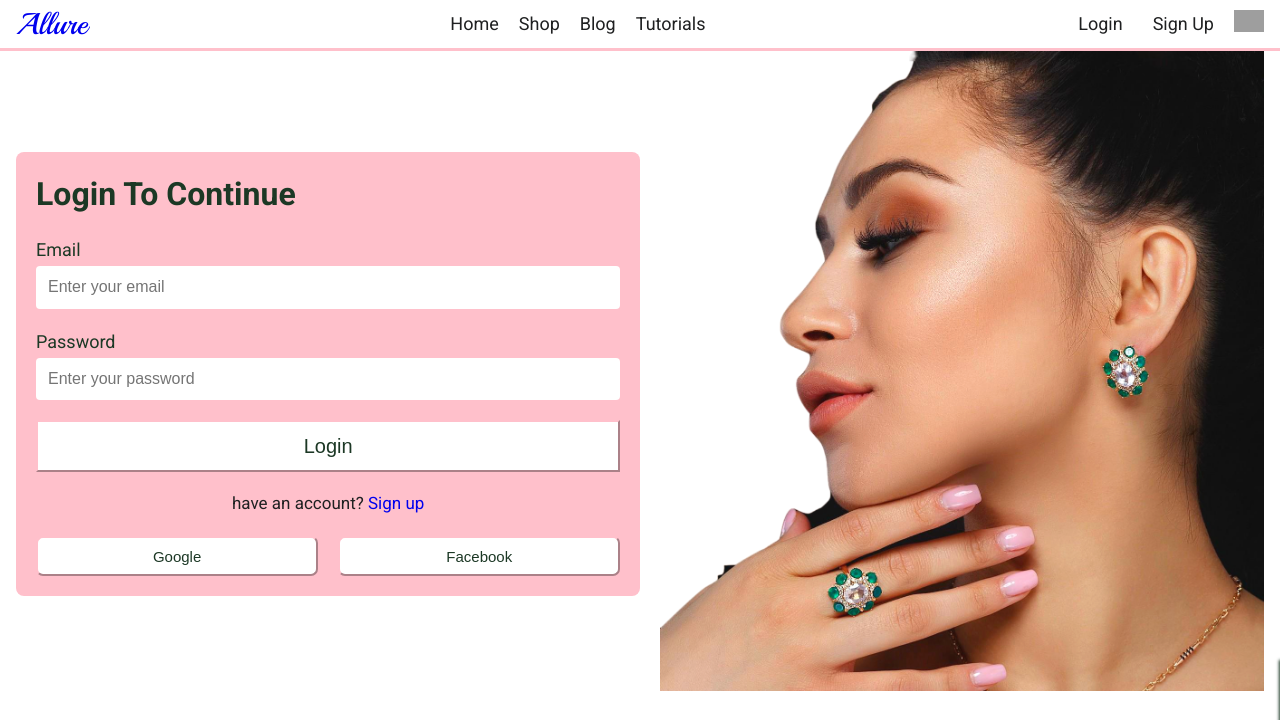
Repository: Benedict-Anthony/Allure-E-commerce-React-Js
Page: /login
An editor plug-in stored every save of this project. The page is shown before and after the next save, followed by the edit.
The browser window is 1280 px wide. The pictures show the whole page.
Pictures or frames that could not be fetched are drawn as grey boxes. The page's requests for data from a server got no answer. The project was rebuilt for these pictures with package versions that can differ from the ones it lists, and the page was loaded fresh each time. No one was signed in, and anything a server would have sent is missing. Also part of the build but not shown: src/App.css, src/css/card.css, src/shared/Card.tsx, src/scripts/landing.ts, src/css/landing.css, src/components/Landing.tsx, src/css/courses.css, src/shared/Course.tsx and 23 more.

Above is the page before, as saved 2023-02-04 05:16:10.

After the next save:
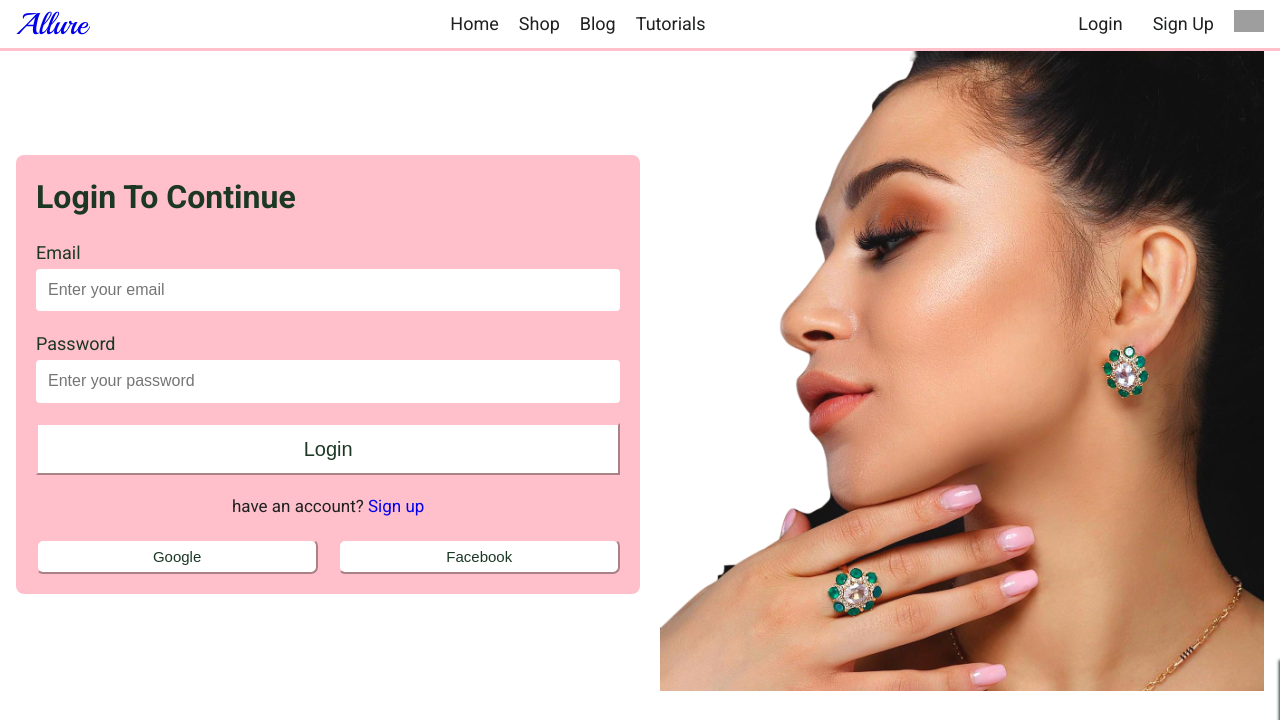
Saved 20 s later.
--- a/src/css/login.css
+++ b/src/css/login.css
@@ -68,7 +68,7 @@
 
 
 .login .form .social button {
-    height: 40px;
+    /* height: 40px; */
     padding: 5px 10px;
     font-weight: 300;
     font-size: 15px;

After the save that followed:
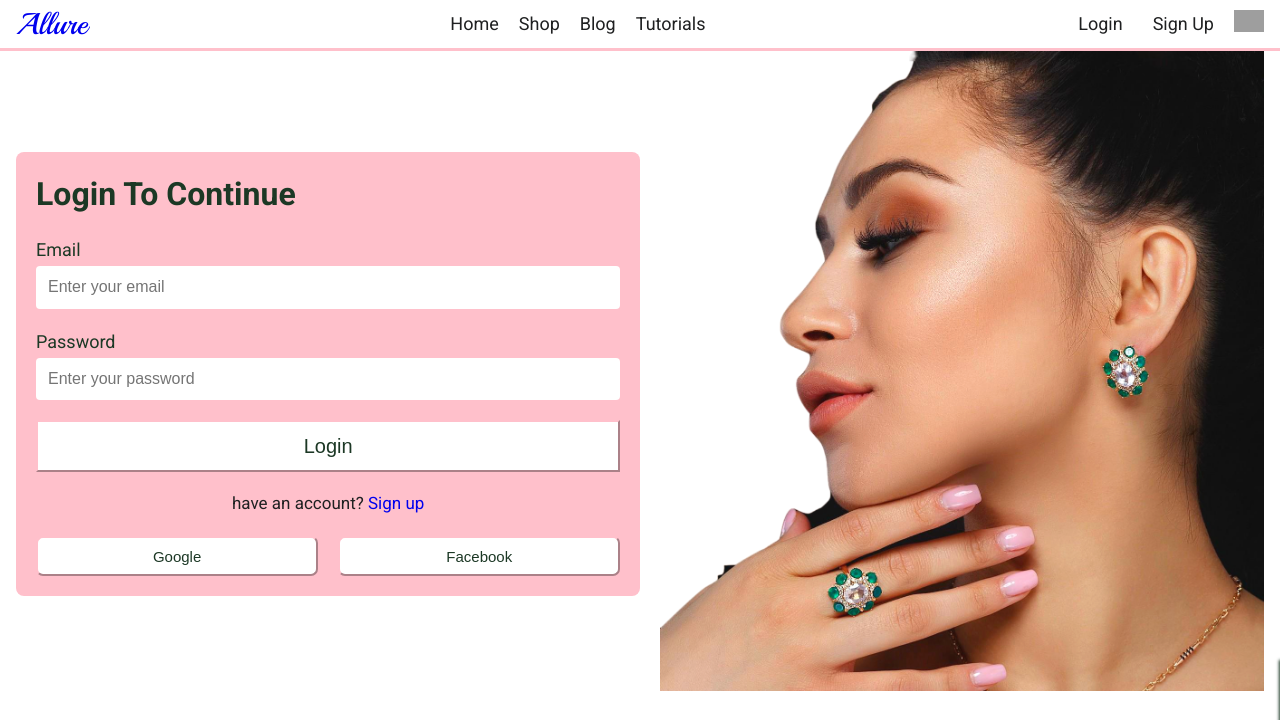
Saved 12 s later.
--- a/src/css/login.css
+++ b/src/css/login.css
@@ -68,7 +68,7 @@
 
 
 .login .form .social button {
-    /* height: 40px; */
+    height: 40px;
     padding: 5px 10px;
     font-weight: 300;
     font-size: 15px;
